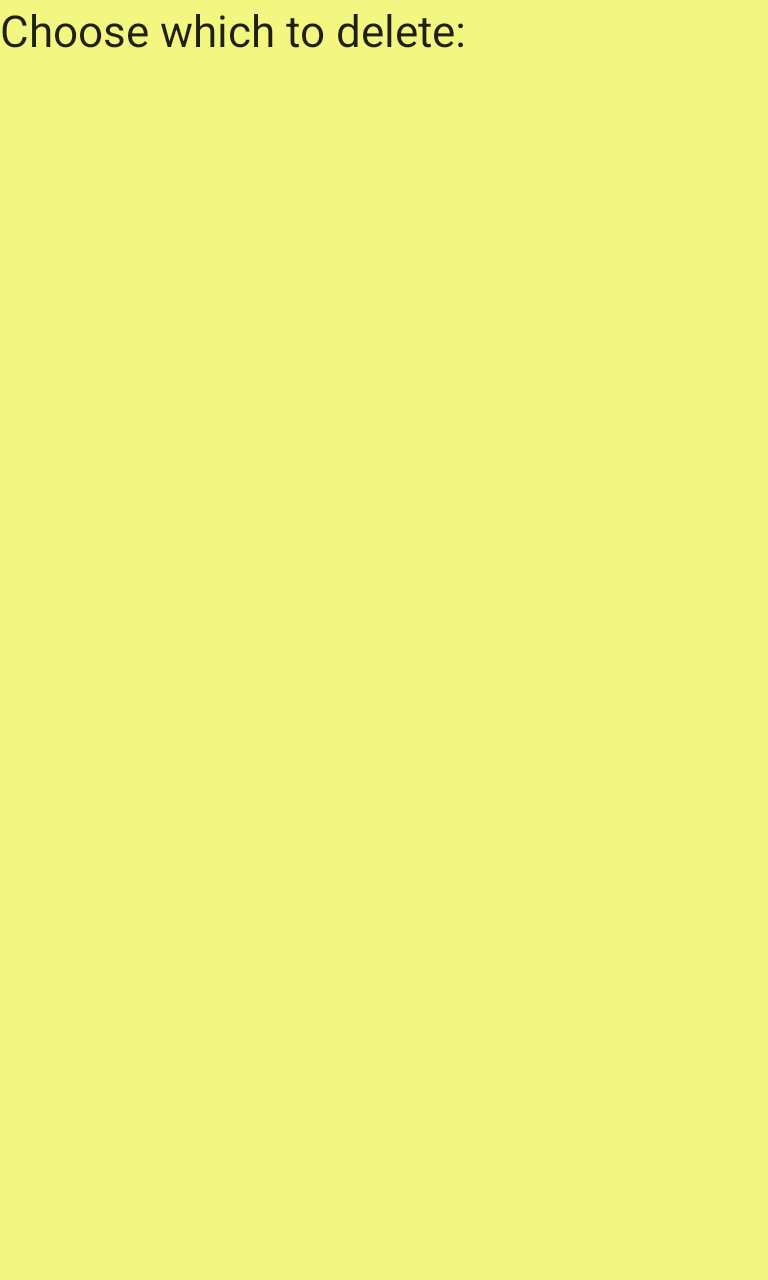
Repository: bluenavy/requirements
Layout: workspace/RetentionScheduler/res/layout/activity_delete.xml
These files come from the project's save history. The layout is drawn as it stood at one moment and after the next save; the edit follows.
It is drawn on a 768 x 1280 px phone screen (xhdpi) without system bars, with theme AppTheme; the app's code is not run.

Above is the layout before, as saved 2015-03-26 12:27:49.

After the next save:
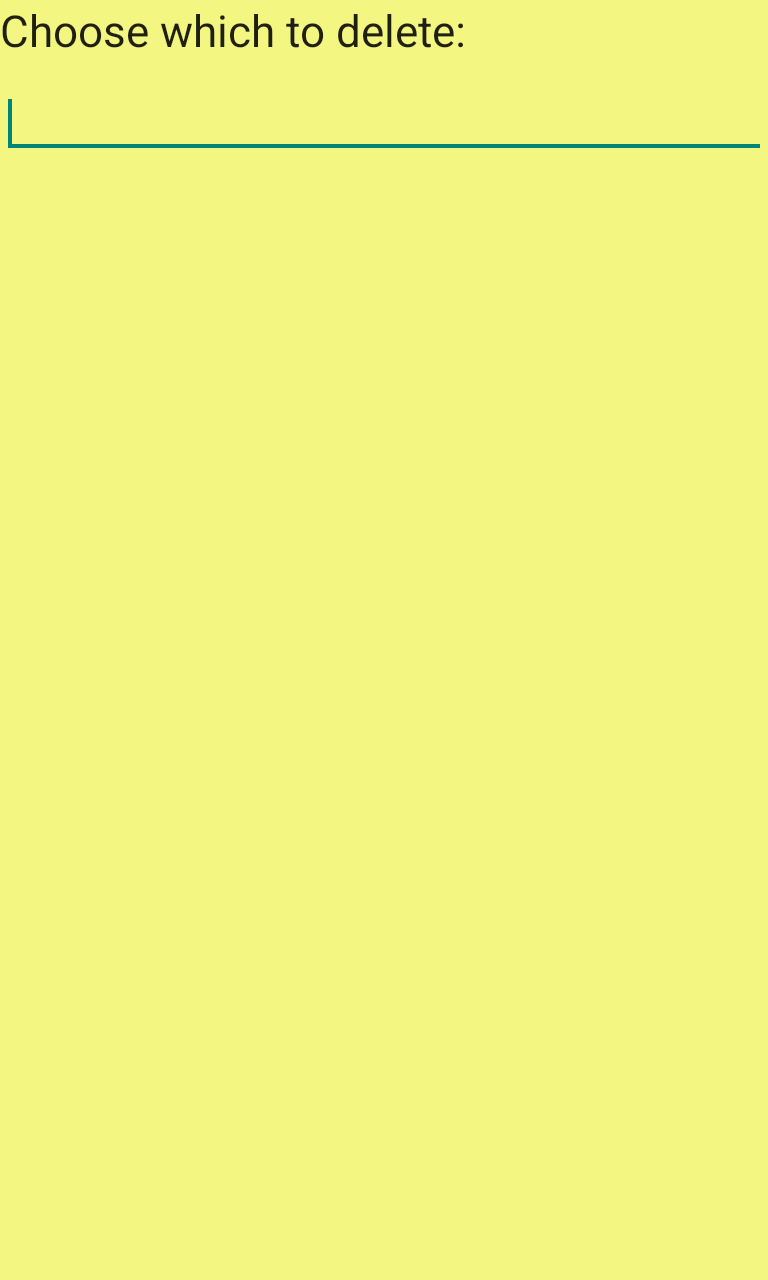
Saved 3 min 39 s later.
--- a/workspace/RetentionScheduler/res/layout/activity_delete.xml
+++ b/workspace/RetentionScheduler/res/layout/activity_delete.xml
@@ -23,6 +23,15 @@
             android:layout_height="match_parent"
             android:orientation="vertical" >
 
+            <EditText
+                android:id="@+id/editText1"
+                android:layout_width="match_parent"
+                android:layout_height="wrap_content"
+                android:ems="10" >
+
+                <requestFocus />
+            </EditText>
+
         </LinearLayout>
     </ScrollView>
 

After the save that followed:
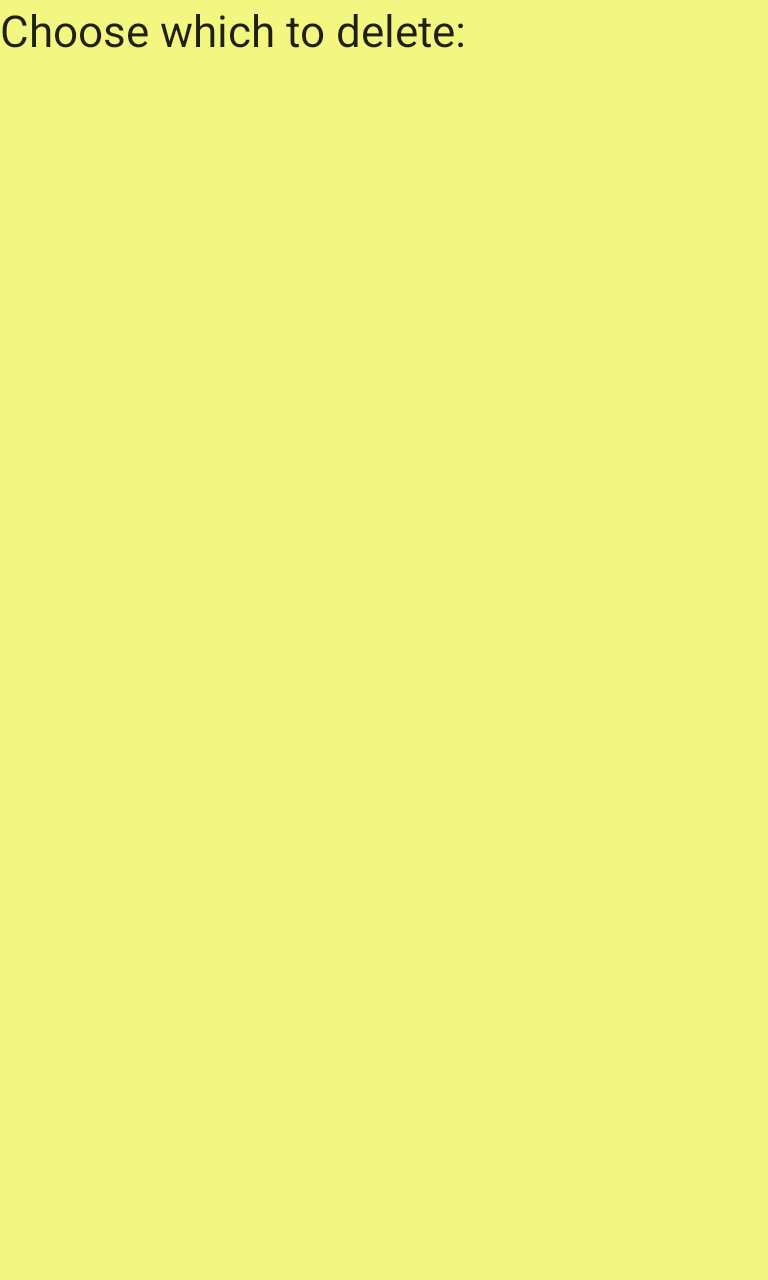
Saved 2 min 4 s later.
--- a/workspace/RetentionScheduler/res/layout/activity_delete.xml
+++ b/workspace/RetentionScheduler/res/layout/activity_delete.xml
@@ -12,27 +12,6 @@
         android:text="Choose which to delete:"
         android:textAppearance="?android:attr/textAppearanceLarge" />
 
-    <ScrollView
-        android:id="@+id/scrollView1"
-        android:layout_width="match_parent"
-        android:layout_height="match_parent"
-        android:layout_marginTop="10dp" >
 
-        <LinearLayout
-            android:layout_width="match_parent"
-            android:layout_height="match_parent"
-            android:orientation="vertical" >
-
-            <EditText
-                android:id="@+id/editText1"
-                android:layout_width="match_parent"
-                android:layout_height="wrap_content"
-                android:ems="10" >
-
-                <requestFocus />
-            </EditText>
-
-        </LinearLayout>
-    </ScrollView>
 
 </LinearLayout>
